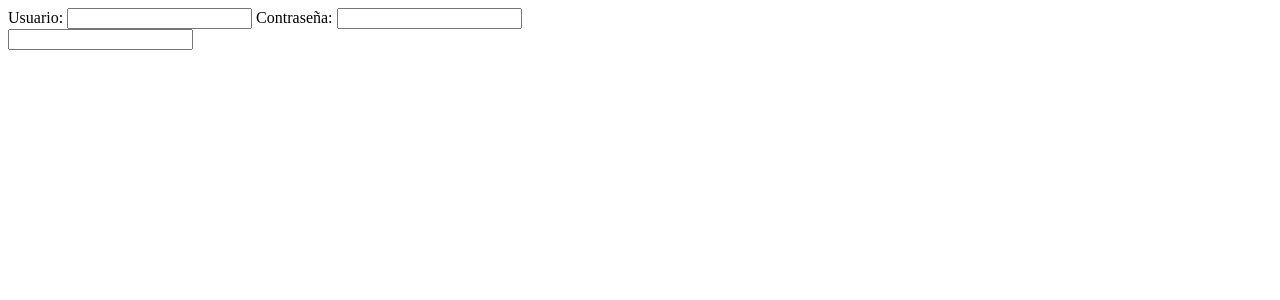
Repository: salvadorsobrino/Ejercicio5ServletJSP
Page: Ejercicio5/src/main/webapp/index.html
An editor plug-in stored every save of this project. The page is shown before and after the next save, followed by the edit.
The browser window is 1280 px wide. The pictures show the whole page.

Above is the page before, as saved 2022-03-10 12:37:57.

After the next save:
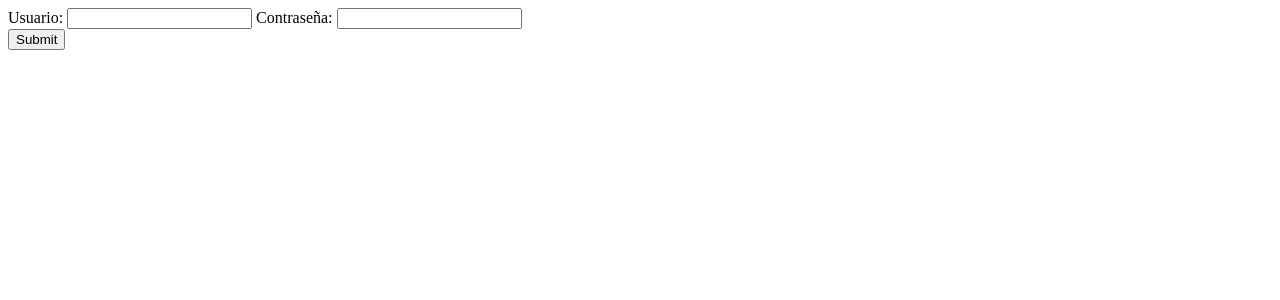
Saved 8 s later.
--- a/Ejercicio5/src/main/webapp/index.html
+++ b/Ejercicio5/src/main/webapp/index.html
@@ -11,7 +11,7 @@
 	Contraseña:
 	<input type="password" name="contraseña">
 	<br>
-	<input
+	<input type="submit">
 
 	</form>
 </body>
